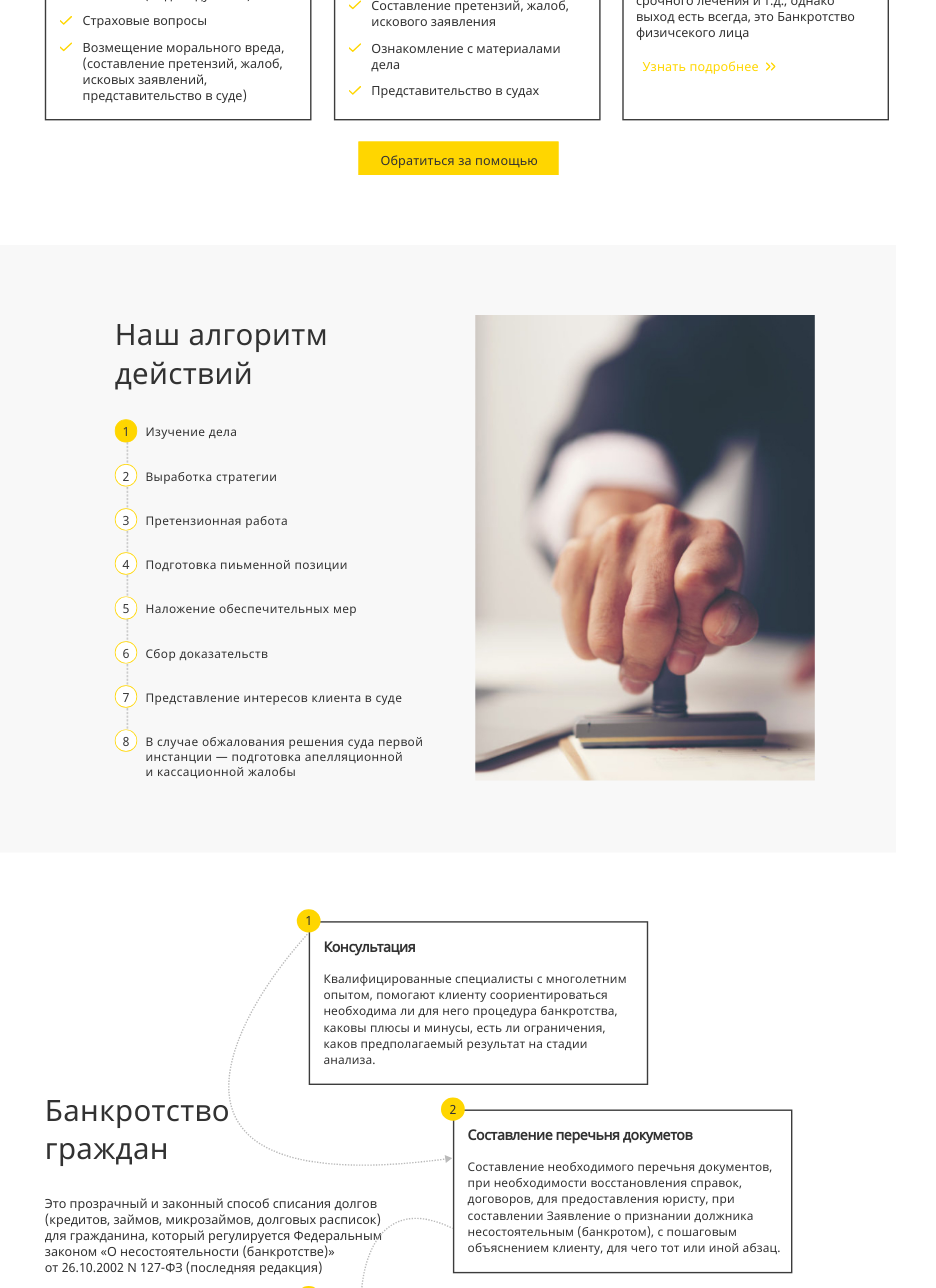
Repository: Nisovaki/antei
Page: http://localhost/
The author's editor kept a copy of each file at every save. The page is drawn from the files as they stood at one save, then again after the next save.
The browser window is 1280 px wide. The page is 1337 px wide, so the pictures cover 1337 px, including what lies to the right of the window. The pictures show the part of the page from y = 1950 to 3790 px (the page is 6193 px tall before and 6197 px after), at 70% of full size.
The page is run by PHP 8.4 with error messages shown; the project is at /var/www/html/. Style sheets and scripts are compiled from the project's sources, by tool versions that may differ from the author's.

Above is the page before, as saved 2022-03-29 12:53:23.
Console error: SyntaxError: Invalid or unexpected token

After the next save:
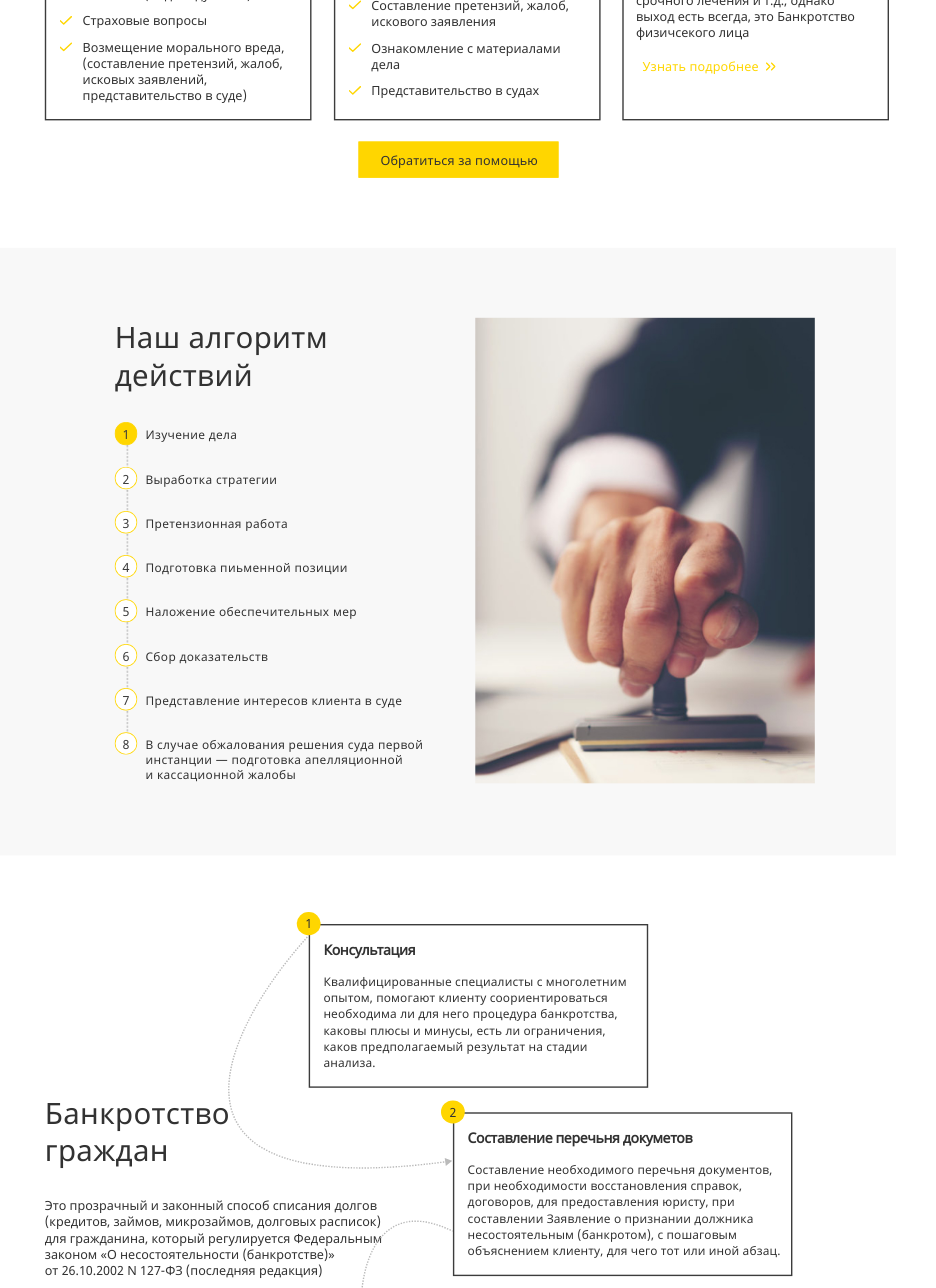
Saved 28 s later.
--- a/sass/block/_services.sass
+++ b/sass/block/_services.sass
@@ -61,7 +61,7 @@
         display: flex
         padding: 15px 15px 14px 32px
         width: 286px
-        height: 48px
+        height: 52px
         color: inherit
         text-decoration: none
         font-weight: 500
